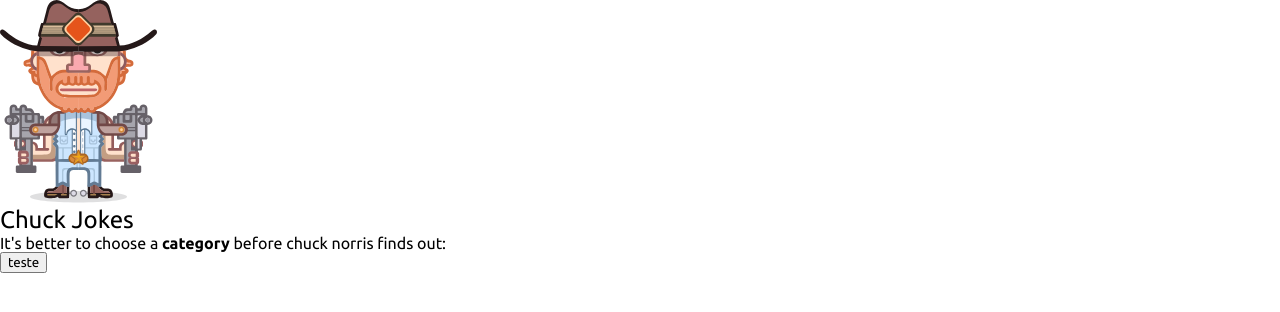
Repository: diegoids/chuck-jokes
Page: /
The author's editor kept a copy of each file at every save. The page is drawn from the files as they stood at one save, then again after the next save.
The browser window is 1280 px wide. The pictures show the whole page.
The project was rebuilt for these pictures with package versions that can differ from the ones it lists, and the page was loaded fresh each time. Also part of the build but not shown: src/components/Intro/Intro.style.scss, src/components/CategoriesList/CategoriesList.style.scss.

Above is the page before, as saved 2021-01-13 14:16:01.

After the next save:
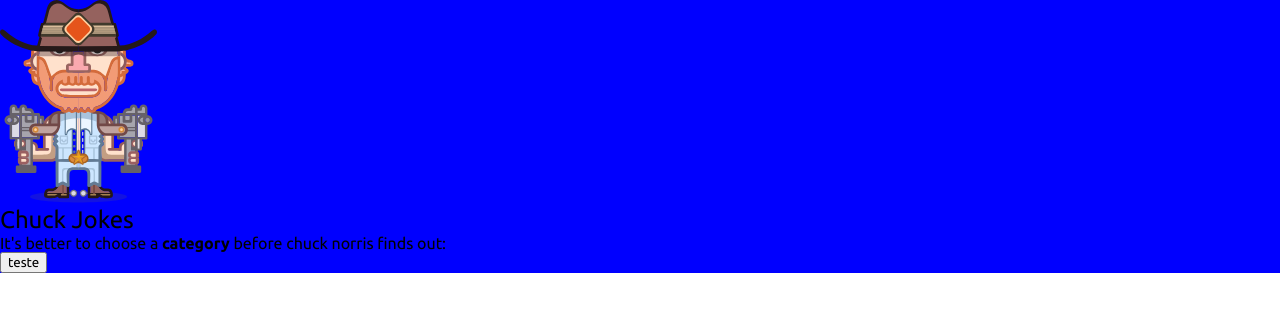
Saved 25 s later.
--- a/src/shared/Wrapper/Wrapper.tsx
+++ b/src/shared/Wrapper/Wrapper.tsx
@@ -1,4 +1,6 @@
 import React from 'react';
+
+import './Wrapper.style.scss';
 
 const Wrapper: React.FC = ({ children }) => {
   return (

After the save that followed:
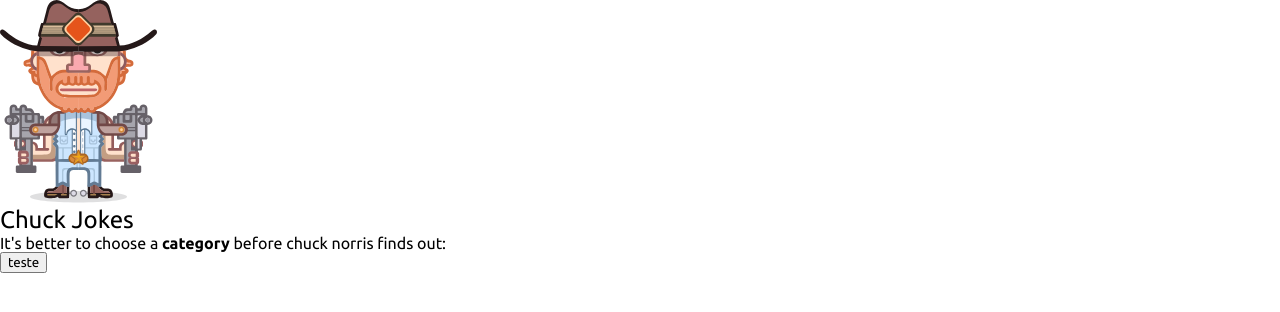
Saved 2 min 4 s later.
--- a/src/shared/Wrapper/Wrapper.style.scss
+++ b/src/shared/Wrapper/Wrapper.style.scss
@@ -1,3 +1,3 @@
 .app-wrapper {
-  background-color: blue;
+
 }
